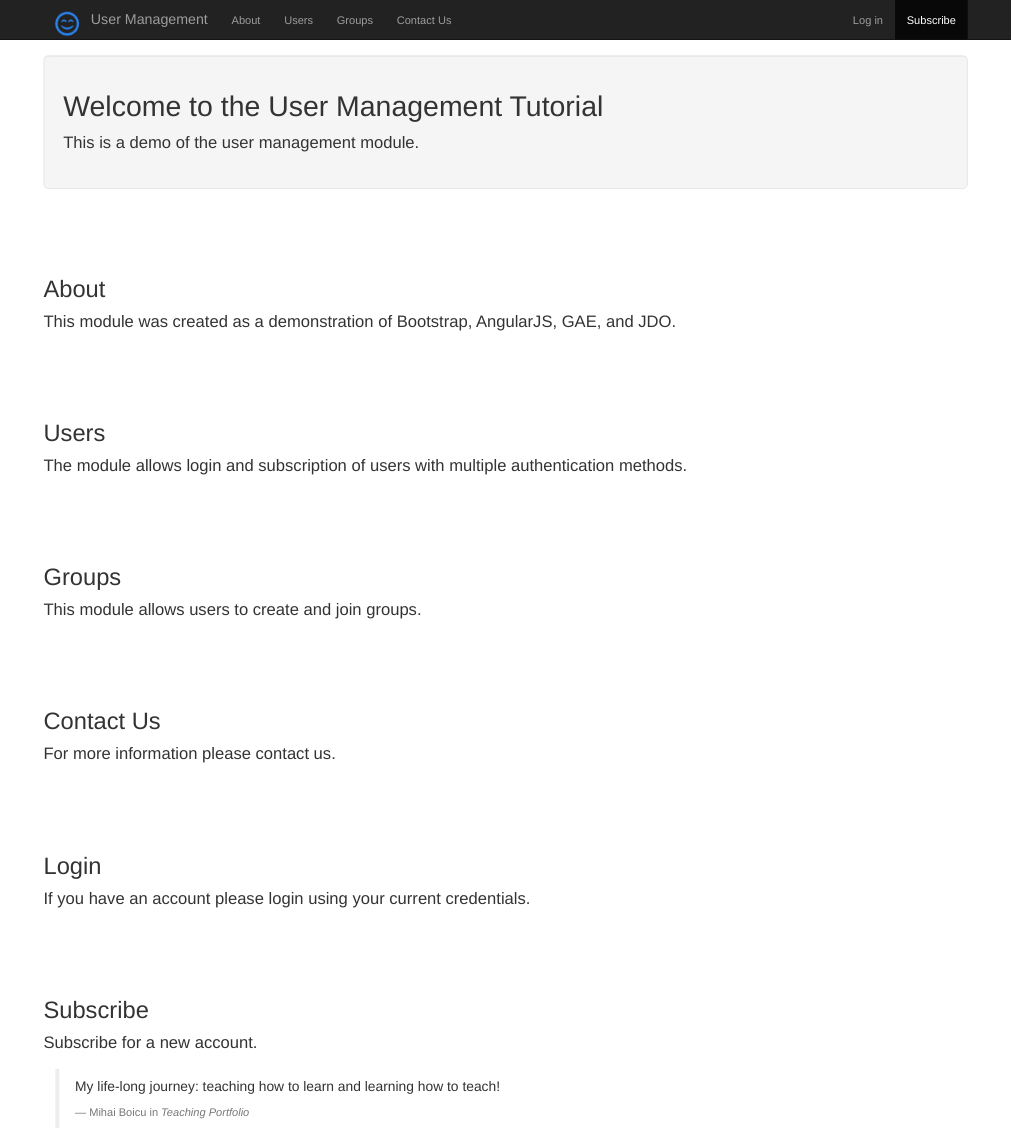
Repository: screenhunter/UMT
Page: UserManagement/war/guest/guest.html
The author's editor kept a copy of each file at every save. The page is drawn from the files as they stood at one save, then again after the next save.
The browser window is 1280 px wide. The pictures show the whole page, at 79% of full size.

Above is the page before, as saved 2015-07-29 17:54:33.

After the next save:
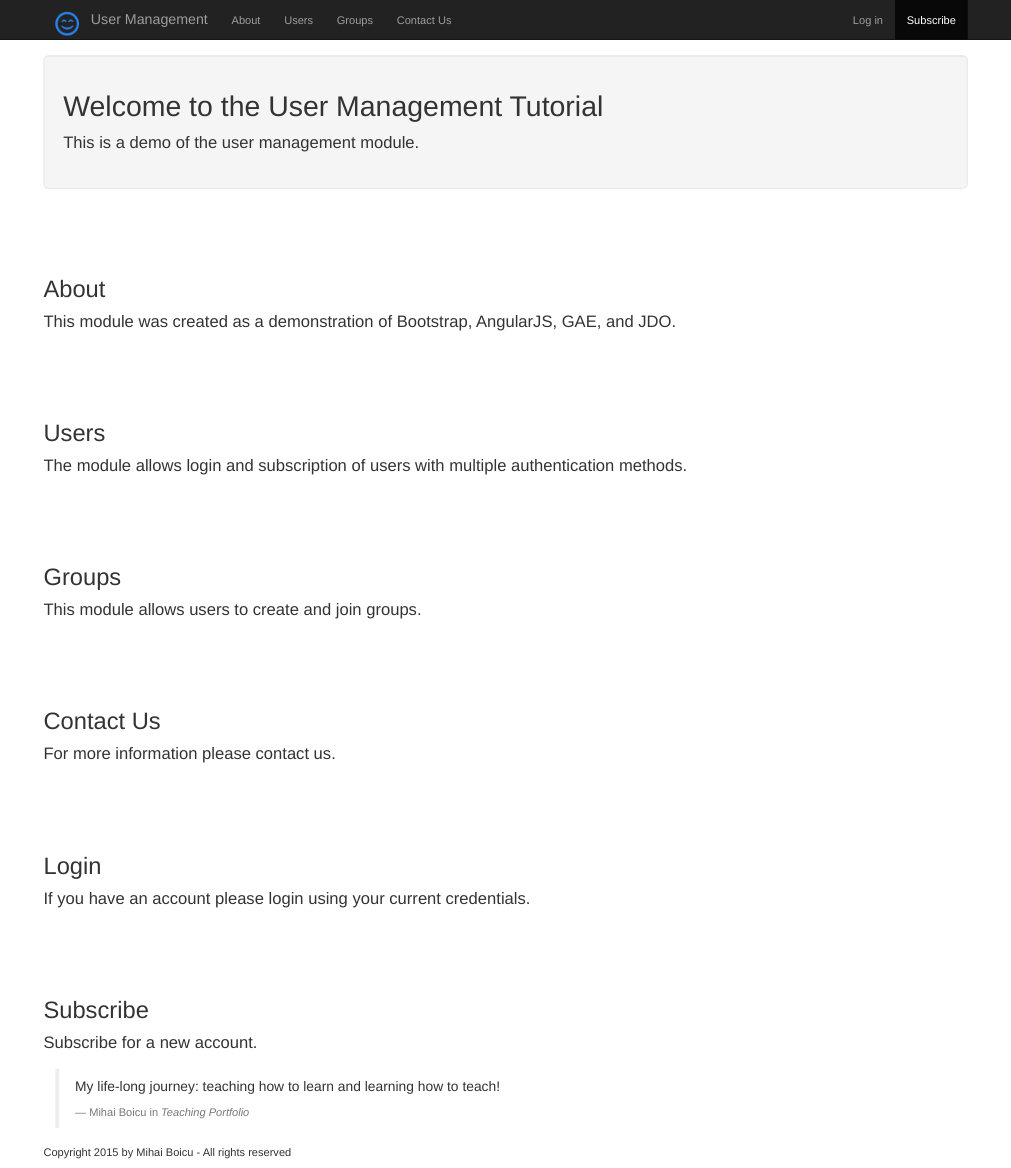
Saved 2 min 50 s later.
--- a/UserManagement/war/guest/guest.html
+++ b/UserManagement/war/guest/guest.html
@@ -119,5 +119,12 @@
 			</blockquote>
 		</div>
 	</div>
+	<div class="footer">
+		<div class="container">
+			<div class="row">
+				<p>Copyright 2015 by Mihai Boicu - All rights reserved
+			</div>
+		</div>
+	</div>
 </body>
 </html>
